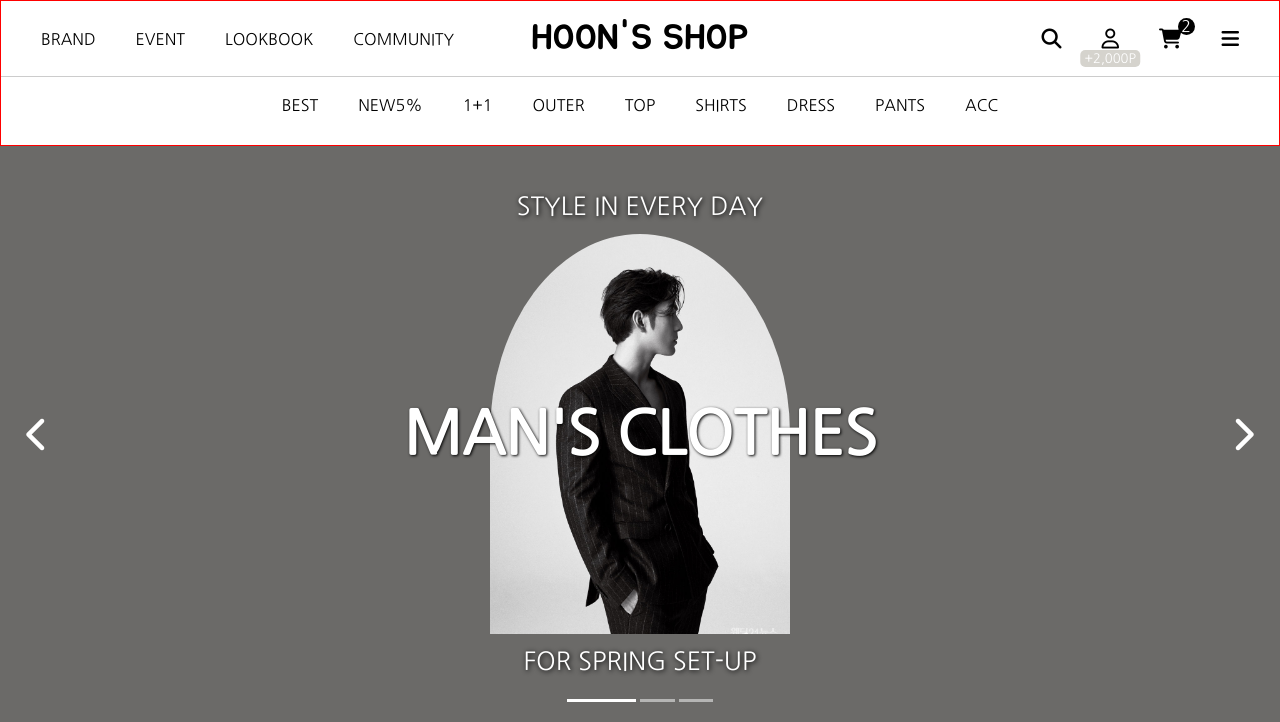
Repository: Iimchaehoon/cafeProject
Page: src/index.html
An editor plug-in stored every save of this project. The page is shown before and after the next save, followed by the edit.
The browser window is 1280 px wide. The pictures show the whole page.
Some web fonts or font styles are not loaded; a fallback is used. Some web libraries are served in a nearby version.

Above is the page before, as saved 2024-07-23 23:03:41.

After the next save:
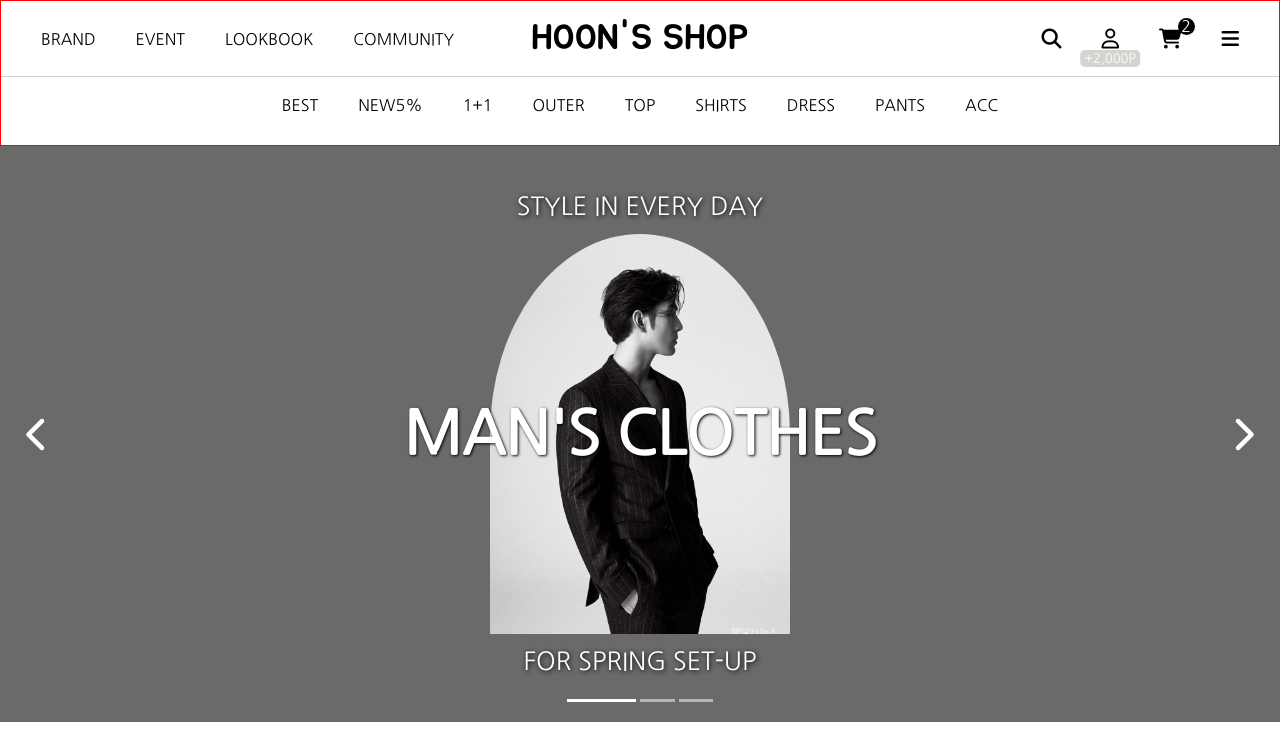
Saved 2 min 50 s later.
--- a/src/index.html
+++ b/src/index.html
@@ -92,5 +92,12 @@
         </div>
       </section>
     </main>
+    <!-- section -->
+    <section class="main__introduction">
+      <div class="main__intro-container-img"><img src="" alt="" /></div>
+      <div class="main__intro-container"></div>
+      <div class="main__intro-container-img"></div>
+      <div class="main__intro-container-img"></div>
+    </section>
   </body>
 </html>
